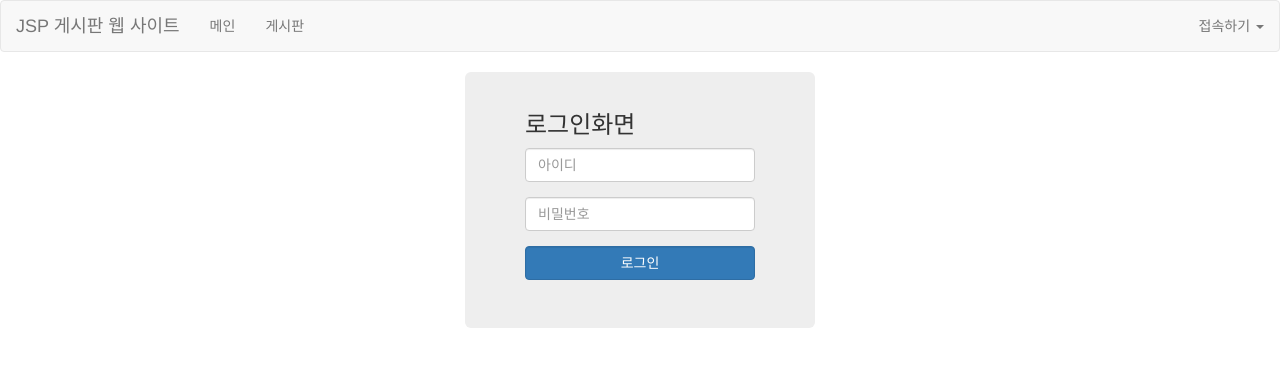
Repository: TheChok/BbsClone
Page: http://localhost/BBS/bbs.jsp
An editor plug-in stored every save of this project. The page is shown before and after the next save, followed by the edit.
The browser window is 1280 px wide. The pictures show the whole page.
Some web libraries are served in a nearby version. The page is served by Tomcat 9.

Above is the page before, as saved 2023-09-21 08:58:30.

After the next save:
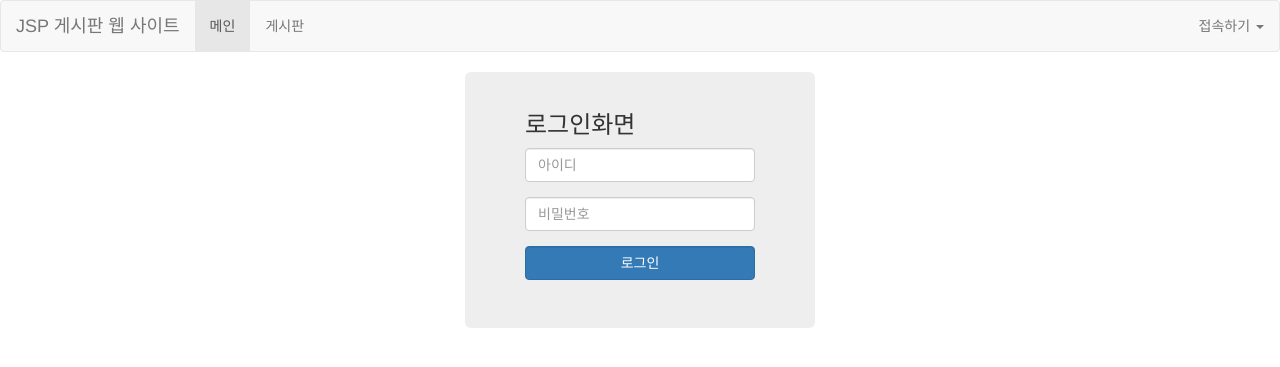
Saved 20 s later.
--- a/BBS/src/main/webapp/bbs.jsp
+++ b/BBS/src/main/webapp/bbs.jsp
@@ -30,7 +30,7 @@
 
 		<div class="collapse navbar-collapse" id="bs-example-navbar-collapse-1">
 			<ul class="nav navbar-nav">
-				<li><a href="main.jsp">메인</a></li>
+				<li class='active'><a href="main.jsp">메인</a></li>
 				<li><a href="bbs.jsp">게시판</a></li>
 			</ul>
 			<ul class="nav navbar-nav navbar-right">
